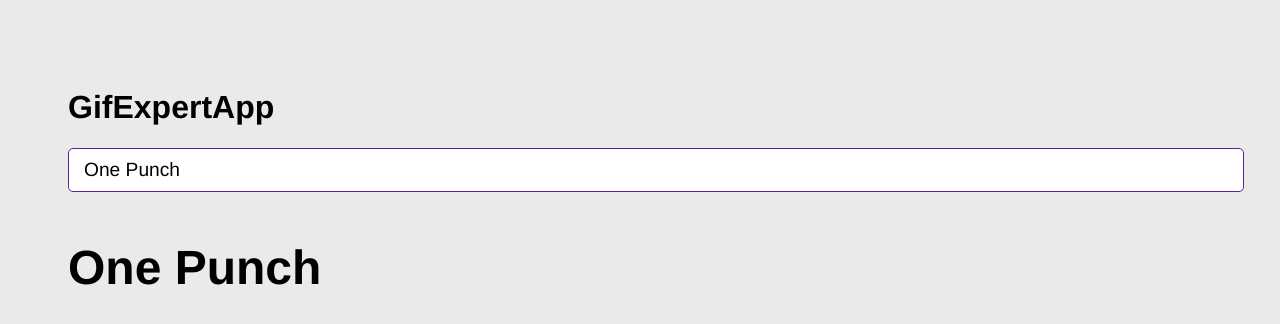
Repository: bryanesteban/gif-expert-app
Page: /
An editor plug-in stored every save of this project. The page is shown before and after the next save, followed by the edit.
The browser window is 1280 px wide. The pictures show the whole page.
The page's requests for data from a server got no answer. The project was rebuilt for these pictures with package versions that can differ from the ones it lists, and the page was loaded fresh each time. No one was signed in, and anything a server would have sent is missing. Also part of the build but not shown: vite.config.js, src/components/GifGridItem.jsx.

Above is the page before, as saved 2024-06-17 14:49:33.

After the next save:
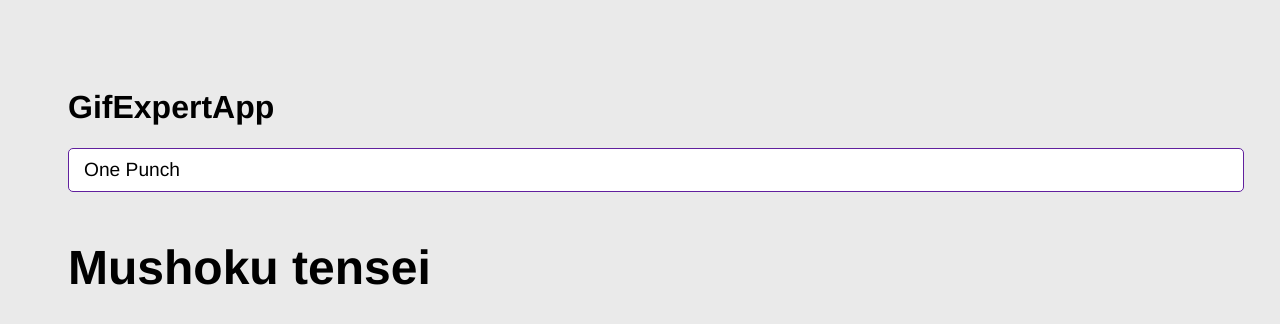
Saved 68 s later.
--- a/src/GifExpertApp.jsx
+++ b/src/GifExpertApp.jsx
@@ -8,7 +8,7 @@
 
 
 
-    const [ categories , setCategories ] = useState([ 'One Punch' ]);
+    const [ categories , setCategories ] = useState([ 'Mushoku tensei' ]);
 
     const onAddCategory = ( newCategory ) => {
 

After the save that followed:
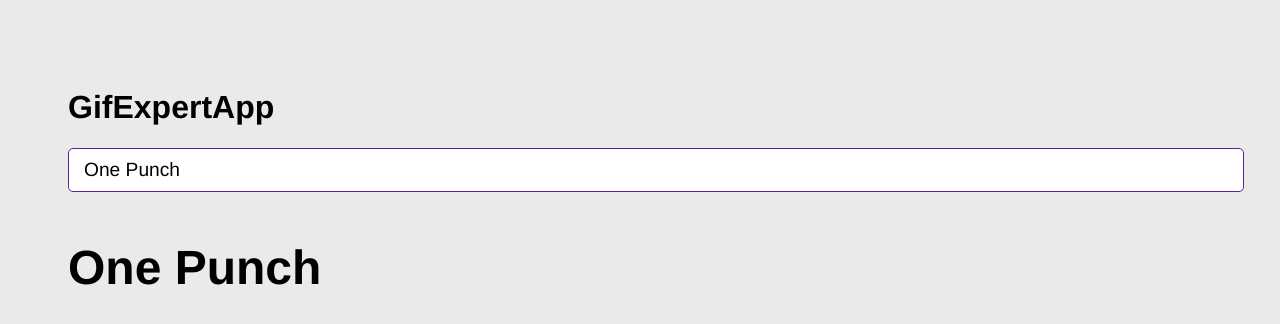
Saved 62 s later.
--- a/src/GifExpertApp.jsx
+++ b/src/GifExpertApp.jsx
@@ -8,7 +8,7 @@
 
 
 
-    const [ categories , setCategories ] = useState([ 'Mushoku tensei' ]);
+    const [ categories , setCategories ] = useState([ 'One Punch' ]);
 
     const onAddCategory = ( newCategory ) => {
 
